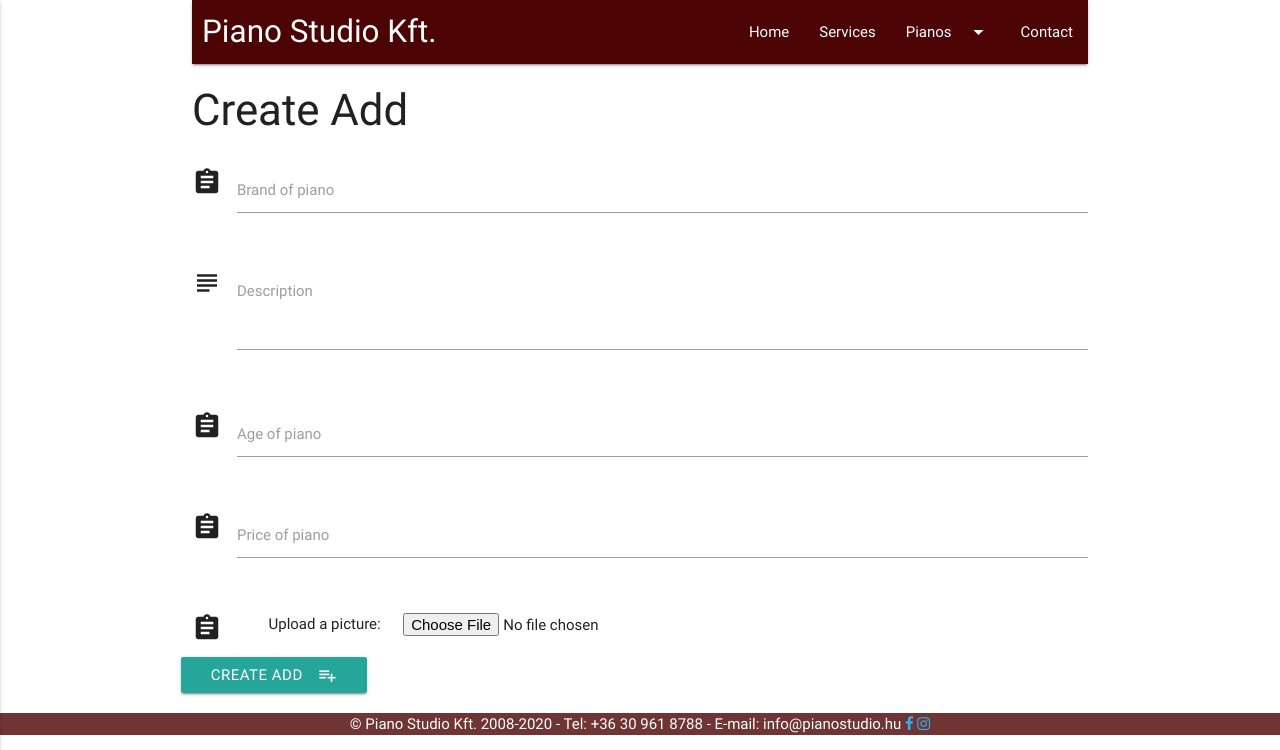
Repository: badiattila/pianostudioheroku
Page: http://localhost/createadd
The author's editor kept a record of every edit. The page is drawn from the files as they stood at one moment, then again after the next edit.
The browser window is 1280 px wide. The pictures show the whole page.
Some web libraries are served in a nearby version. The page is served by the project's application, run on Flask 3 (app.py).

Above is the page before.

After the next edit:
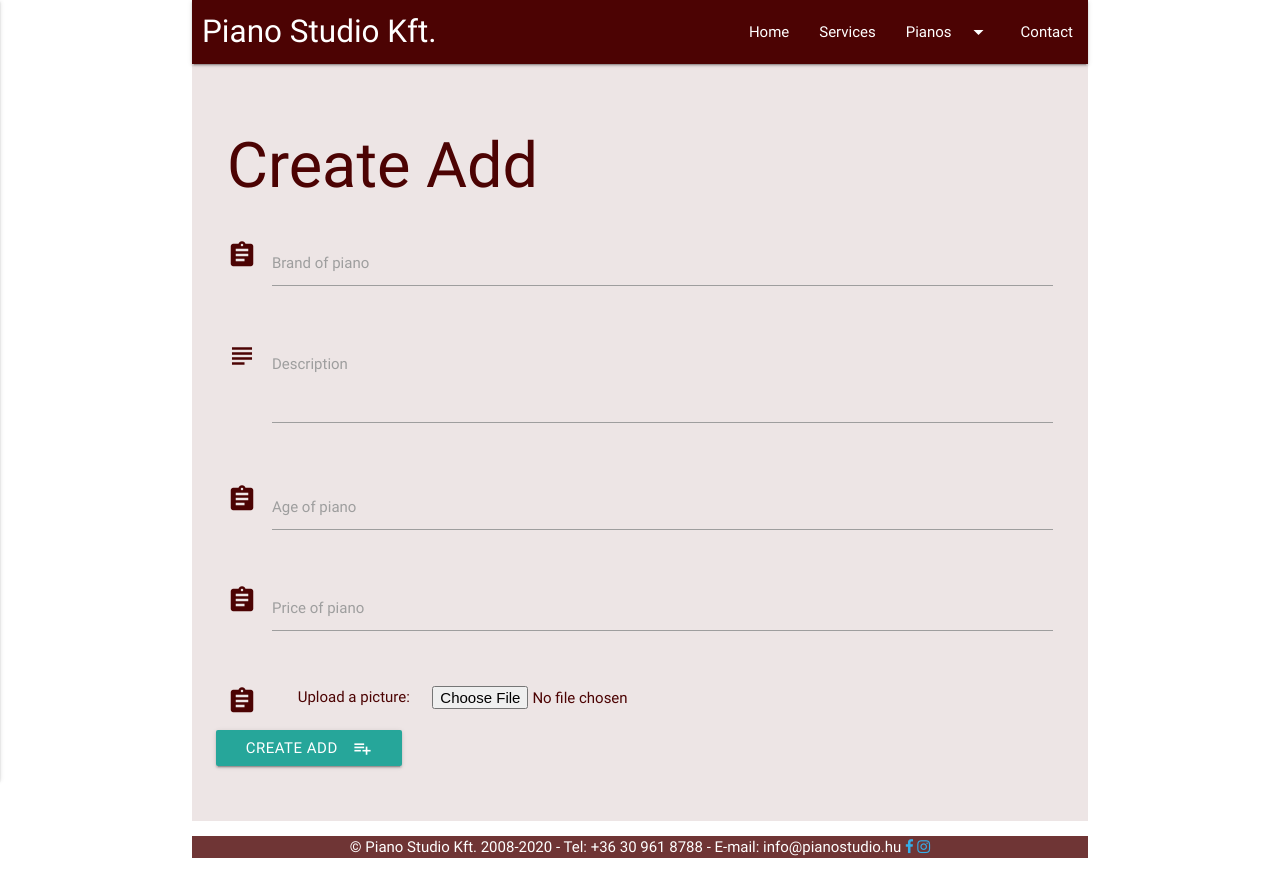
The edit:
--- a/templates/create_add.html
+++ b/templates/create_add.html
@@ -1,61 +1,61 @@
 {% extends 'base.html' %} {% block content %}
+<div class="op" id="advertise">
+    <h1>Create Add</h1>
 
-<h3>Create Add</h3>
+    <form action="{{ url_for('insert_add') }}" method="POST" enctype="multipart/form-data" class="col s12">
 
-<form action="{{ url_for('insert_add') }}" method="POST" enctype="multipart/form-data" class="col s12">
+        <div class="row">
+            <div class="input-field col s12">
+                <i class="material-icons prefix">assignment</i>
+                <input id="brand" name="brand" type="text" class="validate">
+                <label for="brand">Brand of piano</label>
+            </div>
+        </div>
 
-    <div class="row">
-        <div class="input-field col s12">
-            <i class="material-icons prefix">assignment</i>
-            <input id="brand" name="brand" type="text" class="validate">
-            <label for="brand">Brand of piano</label>
+        <div class="row">
+            <div class="input-field col s12">
+                <i class="material-icons prefix">subject</i>
+                <textarea id="description" name="description" class="materialize-textarea"></textarea>
+                <label for="icon_telephone">Description</label>
+            </div>
         </div>
-    </div>
 
-    <div class="row">
-        <div class="input-field col s12">
-            <i class="material-icons prefix">subject</i>
-            <textarea id="description" name="description" class="materialize-textarea"></textarea>
-            <label for="icon_telephone">Description</label>
+        <div class="row">
+            <div class="input-field col s12">
+                <i class="material-icons prefix">assignment</i>
+                <input id="age" name="age" type="text" class="validate">
+                <label for="age">Age of piano</label>
+            </div>
         </div>
-    </div>
 
-    <div class="row">
-        <div class="input-field col s12">
-            <i class="material-icons prefix">assignment</i>
-            <input id="age" name="age" type="text" class="validate">
-            <label for="age">Age of piano</label>
+        <div class="row">
+            <div class="input-field col s12">
+                <i class="material-icons prefix">assignment</i>
+                <input id="price" name="price" type="text" class="validate">
+                <label for="price">Price of piano</label>
+            </div>
         </div>
-    </div>
 
-    <div class="row">
-        <div class="input-field col s12">
-            <i class="material-icons prefix">assignment</i>
-            <input id="price" name="price" type="text" class="validate">
-            <label for="price">Price of piano</label>
+        <div class="row">
+            <div class="input-field col s1">
+                <i class="material-icons prefix">assignment</i>
+            </div>
+            <div class="input-field col ">
+                Upload a picture:
+            </div>
+            <div class="input-field col ">
+                <input id="picture" name="picture" type="file">
+                <label for="picture"></label>
+            </div>
         </div>
-    </div>
 
-    <div class="row">
-        <div class="input-field col s1">
-            <i class="material-icons prefix">assignment</i>
+        <div class="row">
+            <button class="btn waves-effect waves-light" type="submit" name="action">Create Add
+            <i class="material-icons right">playlist_add</i></button>
         </div>
-        <div class="input-field col ">
-            Upload a picture:
-        </div>
-        <div class="input-field col ">
-            <input id="picture" name="picture" type="file">
-            <label for="picture"></label>
-        </div>
-    </div>
-
-    <div class="row">
-        <button class="btn waves-effect waves-light" type="submit" name="action">Create Add
-            <i class="material-icons right">playlist_add</i></button>
-    </div>
 
 
-</form>
+    </form>
 </div>
 
 {% endblock %}
